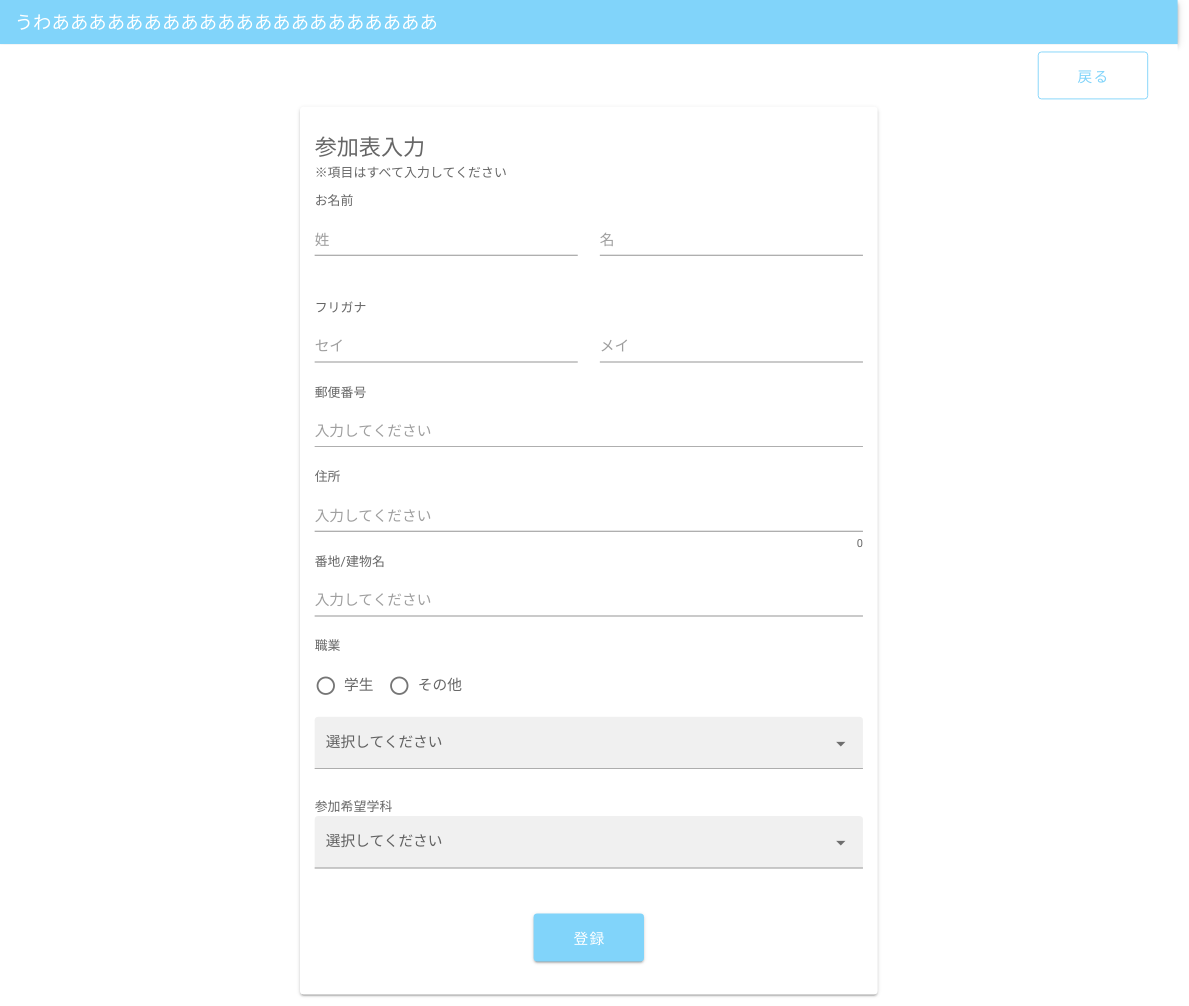
Repository: taniwhy/open-campus-system
Page: /#/register (app in client_view/)
The author's editor kept a copy of each file at every save. The page is drawn from the files as they stood at one save, then again after the next save.
The browser window is 1280 px wide. The page is 1292 px wide, so the pictures cover 1292 px, including what lies to the right of the window. The pictures show the whole page, at 92% of full size.
The project was rebuilt for these pictures with package versions that can differ from the ones it lists, and the page was loaded fresh each time. Also part of the build but not shown: client_view/vue.config.js, client_view/src/components/Home.vue, client_view/src/components/Login.vue, client_view/src/components/Branch.vue.

Above is the page before, as saved 2019-11-28 12:16:07.

After the next save:
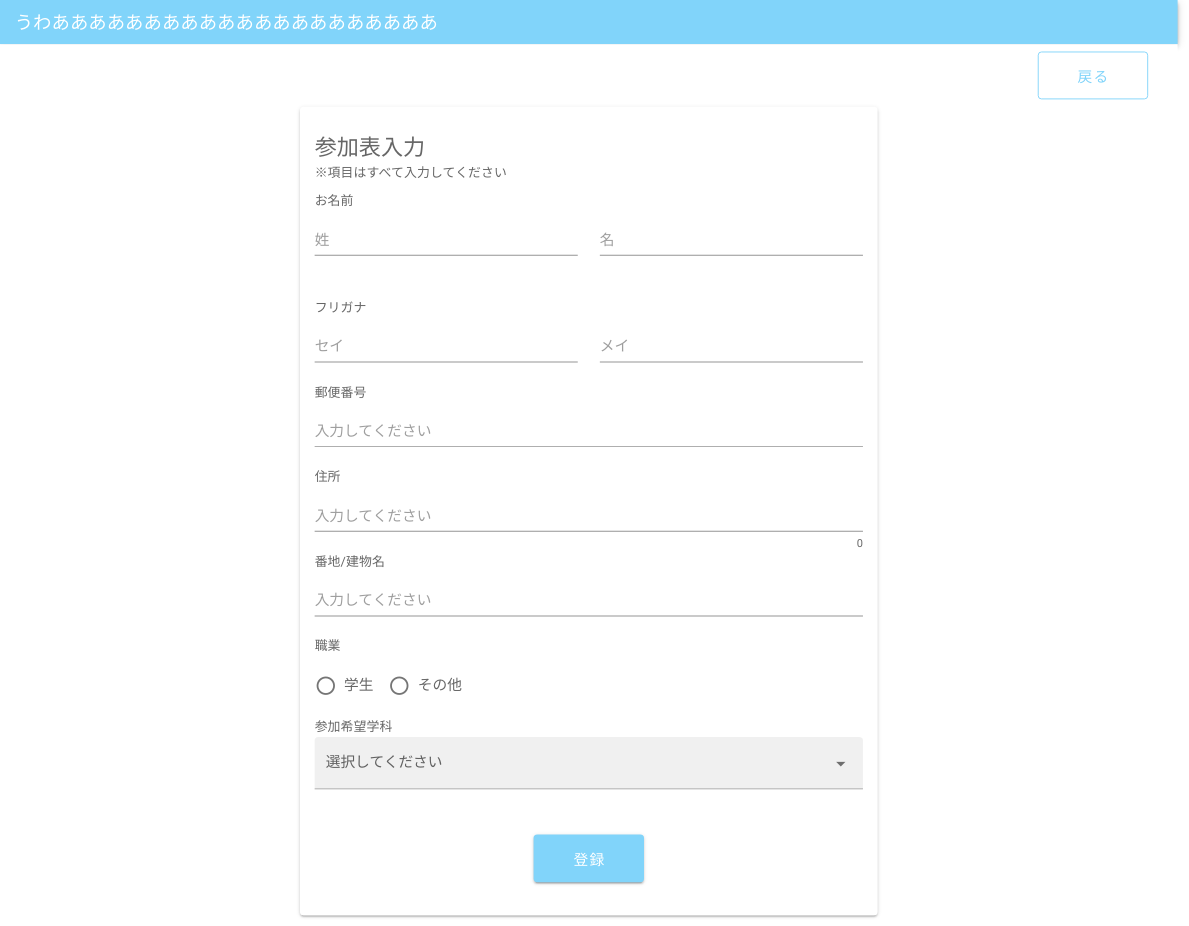
Saved 68 s later.
--- a/client_view/src/components/Register.vue
+++ b/client_view/src/components/Register.vue
@@ -122,10 +122,10 @@
               <v-radio label="その他" value="radio-2"></v-radio>
             </v-radio-group>
             <div v-if="student_check">
-                学年
-            <v-select :items="gakunen_items" filled label="選択してください"></v-select>卒業予定年
-            </div>
-            <v-select :items="yotei_items" filled label="選択してください"></v-select>参加希望学科
+              学年
+              <v-select :items="gakunen_items" filled label="選択してください"></v-select>卒業予定年
+              <v-select :items="yotei_items" filled label="選択してください"></v-select>
+            </div>参加希望学科
             <v-select :items="gakka_items" filled label="選択してください"></v-select>
             <v-card-actions>
               <v-col align="center" justify="start">
@@ -140,9 +140,7 @@
 </template>
 
 <script>
-export function aa(){
-
-}
+export function aa() {}
 export default {
   name: "Register",
   data: () => ({
@@ -165,5 +163,4 @@ export default {
     ]
   })
 };
-
 </script>
